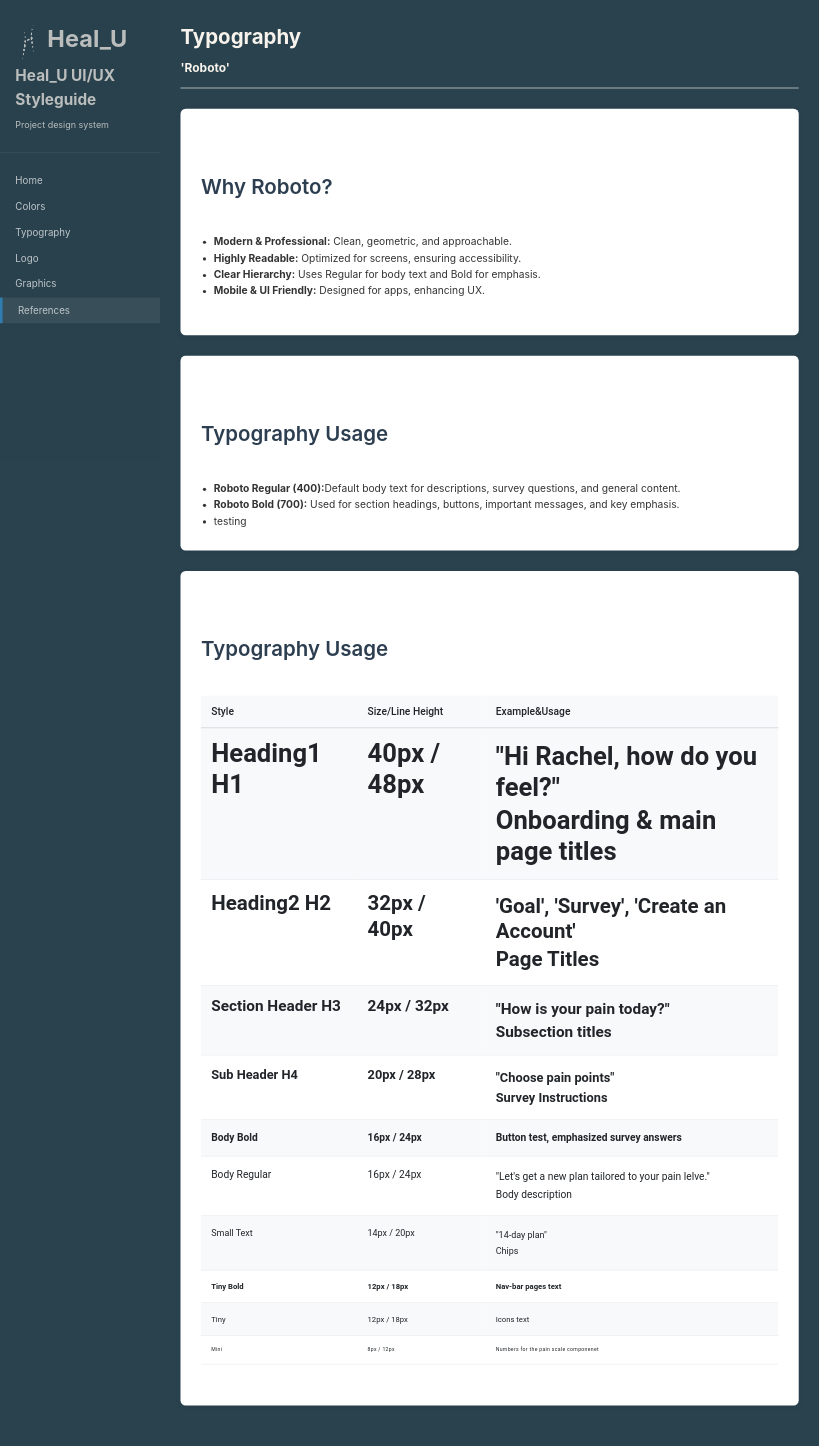
Repository: rosielee09/Heal_U
Page: typography.html
These files come from the project's save history. The page is drawn as it stood at one moment and after the next save; the edit follows.
The browser window is 1280 px wide. The pictures show the whole page, at 64% of full size.

Above is the page before, as saved 2025-04-06 10:42:55.

After the next save:
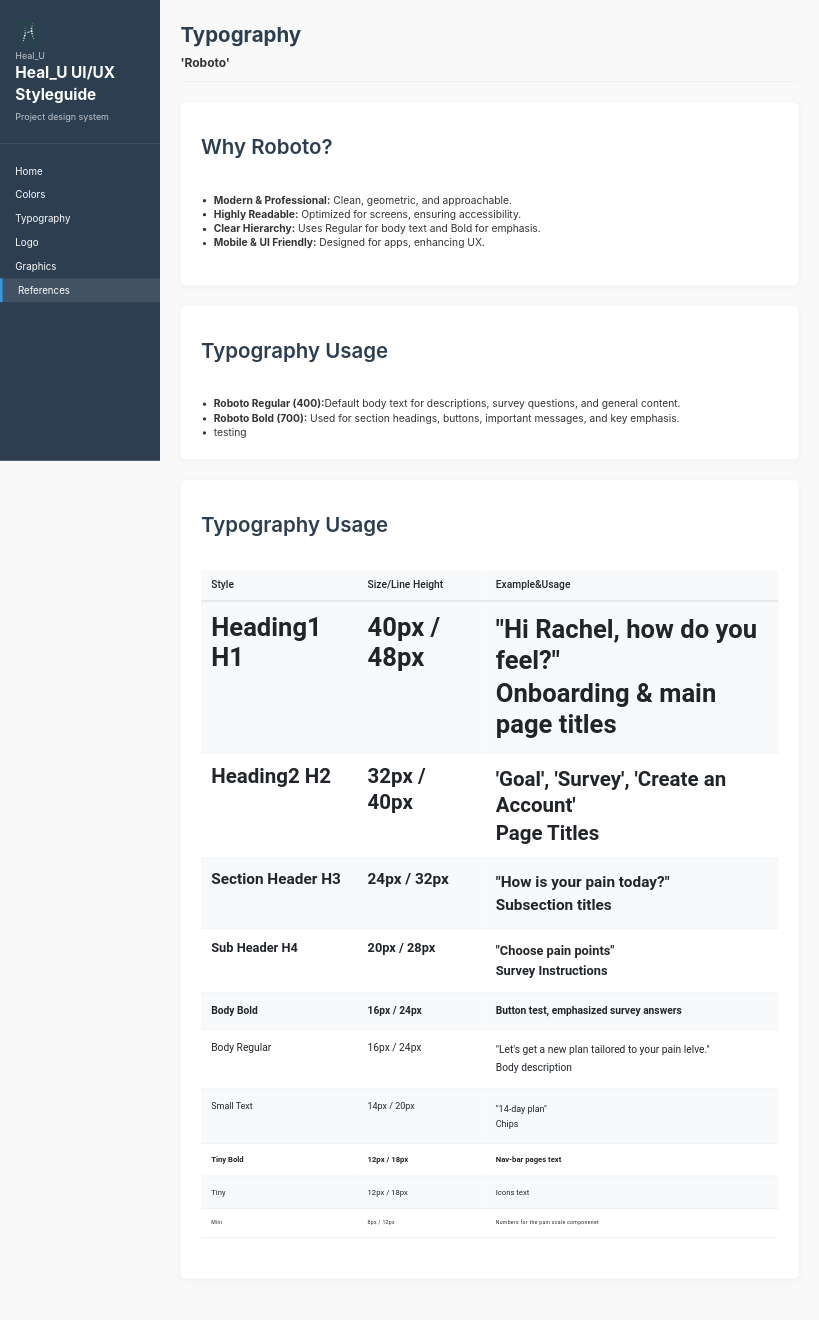
Saved 30 s later.
--- a/styles.css
+++ b/styles.css
@@ -6,16 +6,9 @@
 
 body {
     font-family: 'Inter', -apple-system, BlinkMacSystemFont, 'Segoe UI', Roboto, Oxygen, Ubuntu, Cantarell, sans-serif;
-    line-height: 1.6;
+    line-height: 1.4;
     color: #333;
-    background: #29424D;
-
-    margin: 0;
-    padding: 0;
-    width: 100vw;
-    height: 100vh;
-
-
+    background-color: #f9f9f9;
 }
 
 /* Layout */
@@ -27,15 +20,13 @@ body {
 /* Sidebar Navigation */
 .sidebar {
     width: 250px;
-    background-color: #29424D;
-    color: #F8F3EC;
+    background-color: #2c3e50;
+    color: #fff;
     padding: 2rem 0;
     position: fixed;
     height: 100vh;
-    overflow-y: hidden;
-    opacity: 0.7;
-}
-
+    overflow-y: auto;
+}
 
 .sidebar-header {
     padding: 0 1.5rem 2rem;
@@ -50,7 +41,7 @@ body {
 
 .sidebar-header p {
     font-size: 0.875rem;
-    opacity: 1;
+    opacity: 0.7;
 }
 
 .nav {
@@ -76,98 +67,8 @@ body {
 }
 
 .nav a:hover {
-    opacity: 1;
-}
-
-/* Logo in Navbar */
-/* Logo styling */
-.logo {
-    display: flex;
-    align-items: left;
-    gap: 10px;  /* Space between logo image and text */
-    /* padding: 0 1.5rem;  Match your sidebar padding */
-}
-
-
-.logo p {
-    color: #F8F3EC;  /* Match your sidebar text color */
-    font-weight: 700;
-    font-size: 2.3rem;
-    margin: 0;  /* Remove default paragraph margin */
-    margin-bottom: 0.5rem;
-}
-
-/* Home page animation */
-.body-homepage{
-    overflow: hidden;
-    position: relative;
-    display: flex;
-    align-items: center;
-}
-.animation--title {
-    text-align: right;
-    display: flex;
-    flex-direction: column;
-    justify-content: flex-end;
-    margin-left: 45rem; /* Push to the right side */
-    margin-right: 5%; /* Keep some space from the edge */
-    width: 50%;
-  }
-
-  .animation--title-head {
-
-    color: #F8F3EC;
-    font-size: 8rem;
-    line-height: 1.2;
-    font-weight: bold;
-    letter-spacing: 2px;
-    font-family: 'Roboto', sans-serif;
-    text-transform: uppercase;
-
-  }
-
-  .animation--title-subhead {
-    color: #F8F3EC;
-    font-size: 1.7rem;
-    line-height: 1.5;
-    font-family: 'Roboto', sans-serif;
-    font-style: italic;
-    margin-top: 2rem;
-    margin-bottom: 2rem;
-  }
-
-  .animation--title-member {
-    color: #F8F3EC;
-    font-size: 1.4rem;
-    line-height: 1.4;
-    font-family: 'Roboto', sans-serif;
-
-  }
-
-
-
-  .blob {
-    position: absolute;
-    top: 0;
-    left: 0;
-    fill: #CFC4F4;
-    width: 50vmax;
-    z-index: -1;
-    animation: move 10s ease-in-out infinite;
-    transform-origin: 50% 50%;
-  }
-
-  @keyframes move {
-    0%   { transform: scale(1)   translate(10px, -30px); }
-    38%  { transform: scale(0.8, 1) translate(80vw, 30vh) rotate(160deg); }
-    40%  { transform: scale(0.8, 1) translate(80vw, 30vh) rotate(160deg); }
-    78%  { transform: scale(1.3) translate(0vw, 50vh) rotate(-20deg); }
-    80%  { transform: scale(1.3) translate(0vw, 50vh) rotate(-20deg); }
-    100% { transform: scale(1)   translate(10px, -30px); }
-  }
-
-
-
+    opacity: 0.8;
+}
 
 /* Main Content */
 .content {
@@ -186,12 +87,12 @@ body {
 .page-header h2 {
     font-size: 2rem;
     font-weight: 700;
-    color: #F8F3EC;
+    color: #2c3e50;
     margin-bottom: 0.5rem;
 }
 
 .page-header p {
-    color: #F8F3EC;
+    color: #7f8c8d;
     font-size: 1.1rem;
 }
 
@@ -201,6 +102,7 @@ body {
     border-radius: 8px;
     box-shadow: 0 2px 10px rgba(0, 0, 0, 0.05);
     padding: 2rem;
+    padding-top: 1rem;
     margin-bottom: 2rem;
 }
 
@@ -216,7 +118,7 @@ body {
 .component-title {
     font-size: 2rem;
     font-weight: 600;
-    margin-top: 4rem;
+    margin-top: 2rem;
     margin-bottom: 3rem;
     color: #2c3e50;
 }
@@ -237,7 +139,7 @@ body {
     display: grid;
     grid-template-columns: repeat(auto-fill, minmax(300px, 2fr));
     gap: 1.5rem;
-    align-items: center;
+    align-items: start;
 }
 
 .color-grid__Accessiblilliy {
@@ -345,6 +247,7 @@ body {
 
 .graphic-menu__icon{
     margin: 10px;
+    border: 1px solid #7f8c8d;
 }
 .graphic-title{
     margin-top: 3rem;
@@ -369,7 +272,8 @@ body {
     max-height: 200px;
 }
 .graphic-icons{
-    border-radius: 20px;
+    padding: 10px;
+    border-radius: 16px;
 }
 
 /* Typography */
@@ -377,9 +281,6 @@ body {
 /* Import Roboto font with multiple weights */
 @import url('https://fonts.googleapis.com/css2?family=Roboto:wght@400;500;700&display=swap');
 
-.component-title-typography{
-    color: #F8F3EC;
-}
 
 /* Table styling */
 table {
